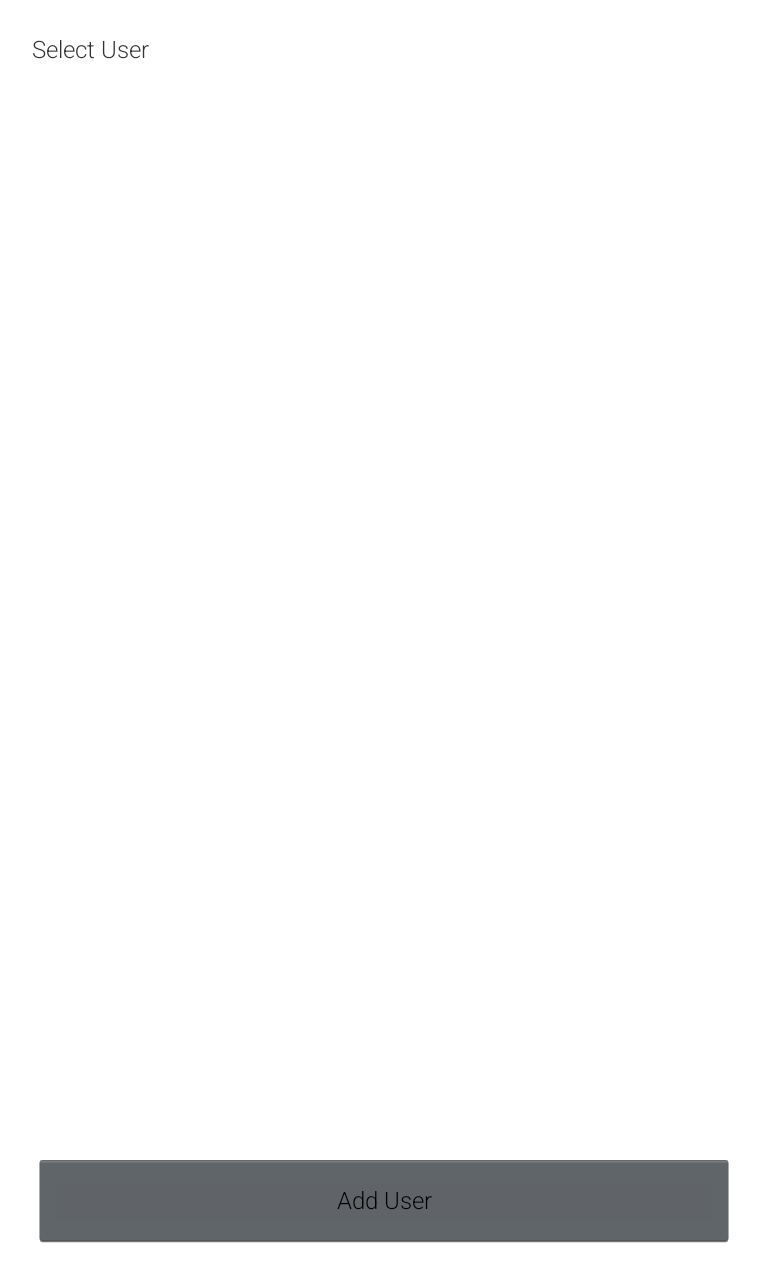
Repository: MikeFynes/ChallengeAccepted
Layout: ChallengeAcceptedFrontEnd/ChallengeDemo/res/layout/activity_start.xml
The author's editor kept a copy of each file at every save. The layout is drawn from the files as they stood at one save, then again after the next save.
It is drawn on a 768 x 1280 px phone screen (xhdpi) without system bars, with theme AppTheme; the app's code is not run.

Above is the layout before, as saved 2014-12-09 15:27:58.

After the next save:
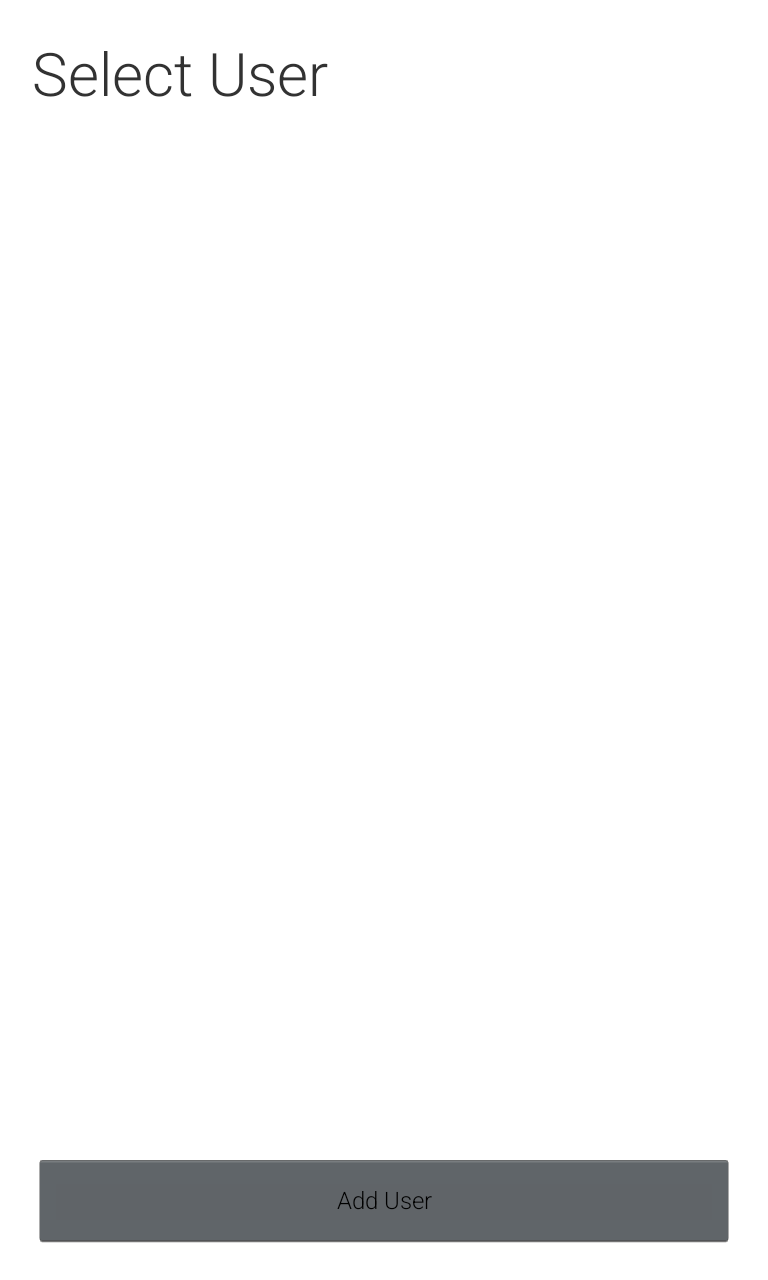
Saved 53 s later.
--- a/ChallengeAcceptedFrontEnd/ChallengeDemo/res/layout/activity_start.xml
+++ b/ChallengeAcceptedFrontEnd/ChallengeDemo/res/layout/activity_start.xml
@@ -11,7 +11,9 @@
 
         <TextView android:text="@string/start_select_user" android:layout_width="wrap_content"
             android:layout_height="wrap_content"
-        android:id="@+id/start_text" />
+        android:id="@+id/start_text"
+        android:textSize="30sp"
+        android:textstyle="bold" />
 <TableLayout
     android:layout_width="fill_parent"
     android:layout_height="wrap_content"
